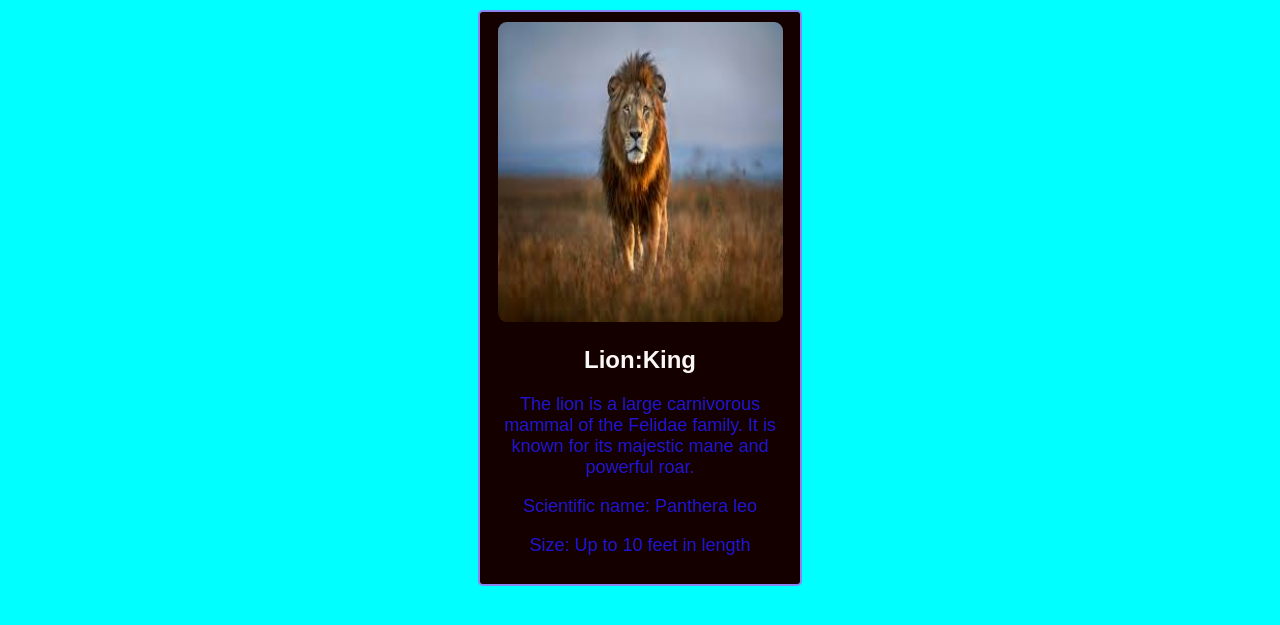
Repository: KingBoyMaylow/Animal-trading-card
Page: index.html
An editor plug-in stored every save of this project. The page is shown before and after a run of saves, followed by the edit.
The browser window is 1280 px wide. The pictures show the whole page.

Above is the page before, as saved 2024-05-13 22:15:44.

After the next 2 saves:
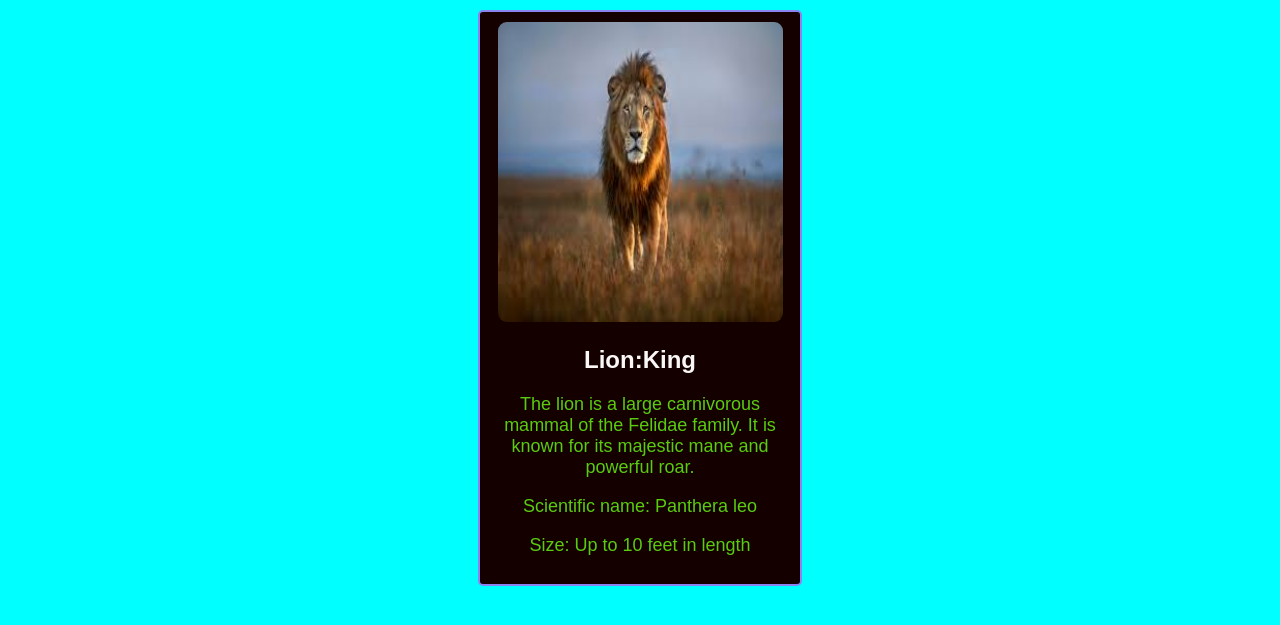
The 2 saves are shown as one change because they came seconds apart.
The last was saved 15 s later.
--- a/index.html
+++ b/index.html
@@ -29,7 +29,7 @@
         color: #fcf7f7;
     }
     .card p {
-        color: #2014d4;
+        color: #5acb0f;
         font-size: large;
     }
 </style>
